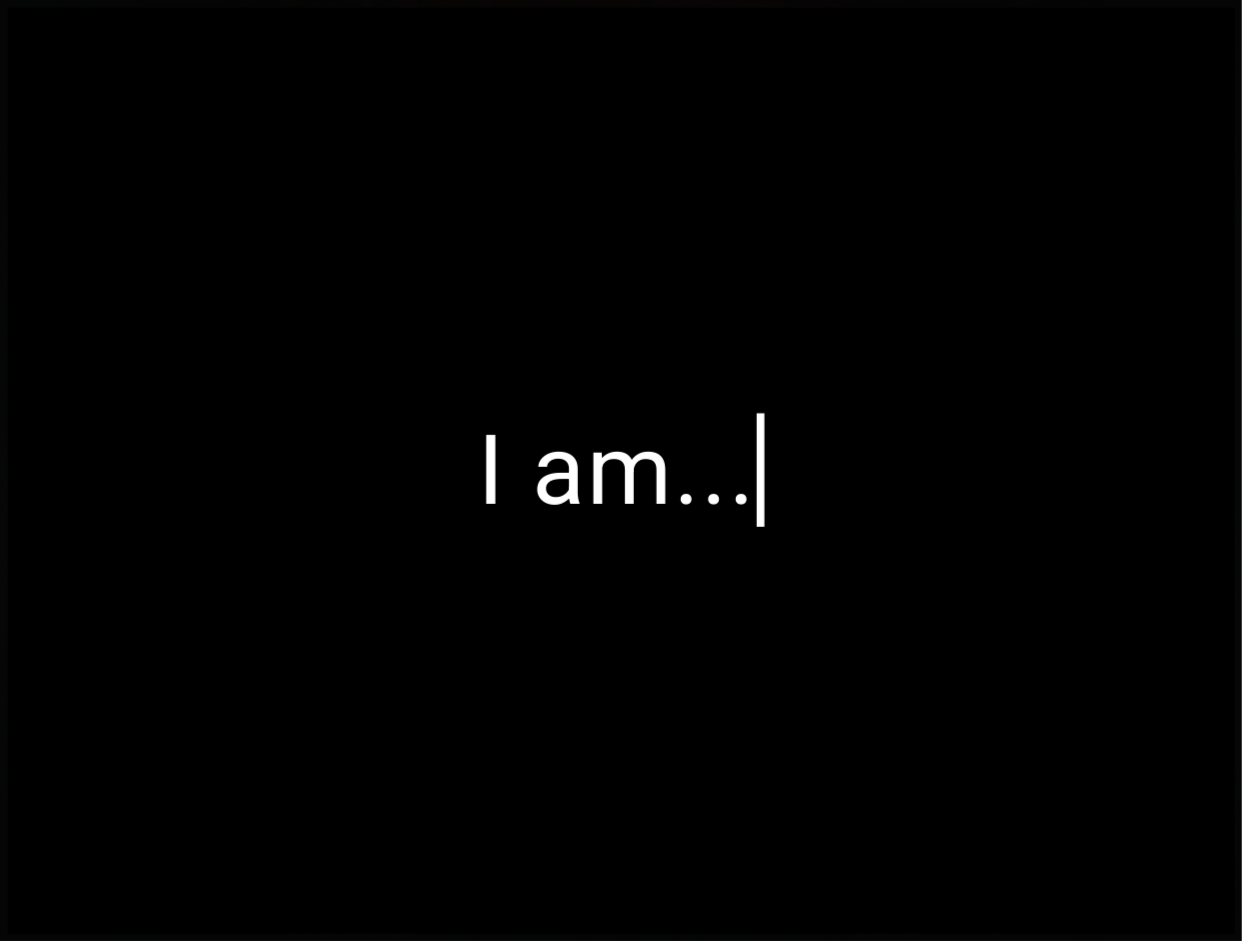
Repository: meywenz/mysite
Page: index.html
The author's editor kept a copy of each file at every save. The page is drawn from the files as they stood at one save, then again after the next save.
The browser window is 1280 px wide. The pictures show the whole page, at 97% of full size.

Above is the page before, as saved 2021-04-11 15:46:35.

After the next save:
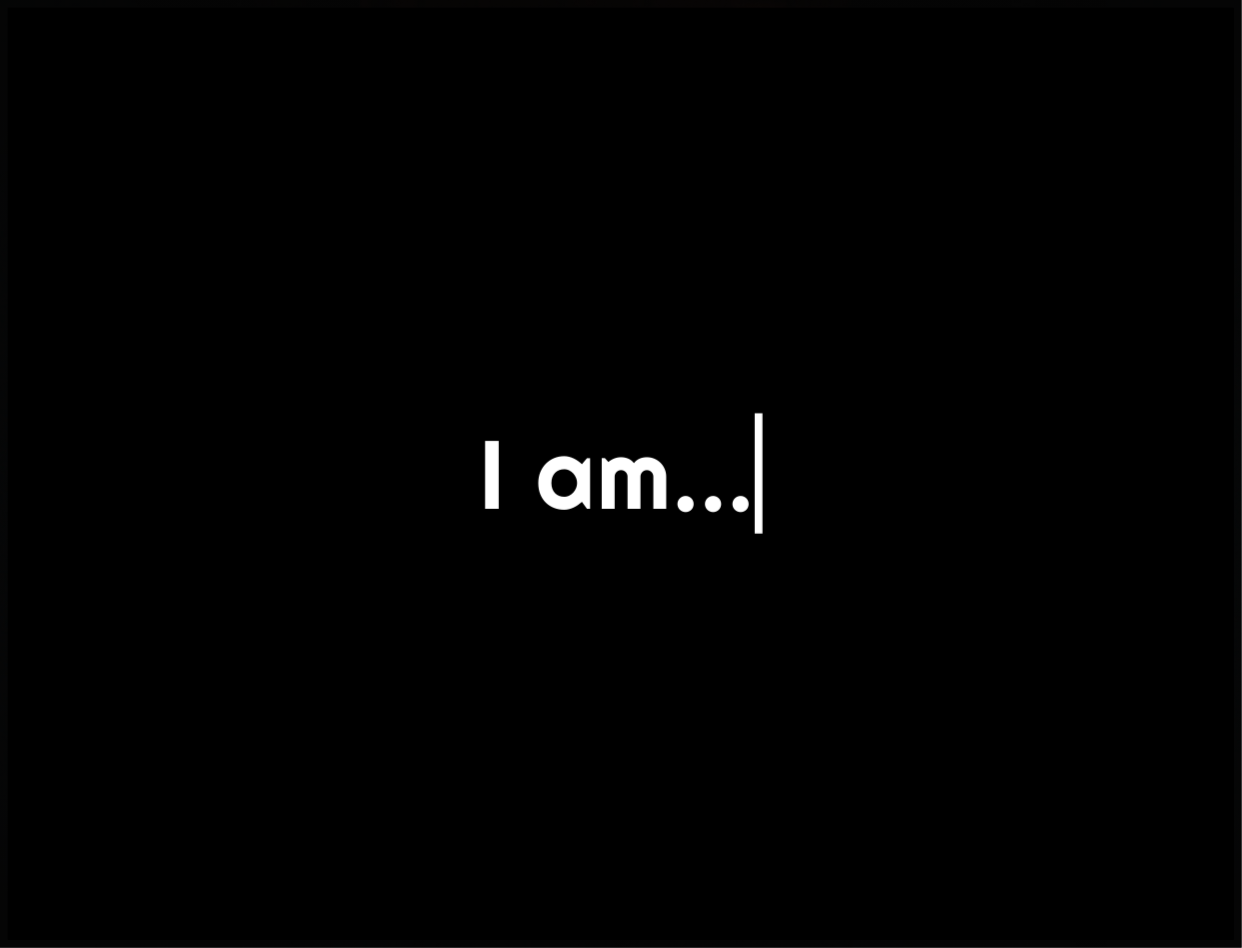
Saved 9 min 36 s later.
--- a/styles.css
+++ b/styles.css
@@ -1,7 +1,7 @@
 @import url("https://fonts.googleapis.com/css2?family=Roboto:ital@0;1&display=swap");
 @import url("https://fonts.googleapis.com/css2?family=Righteous&display=swap");
 * {
-  font-family: "Roboto", "Open Sans";
+  font-family: "Righteous", cursive;
 }
 
 body {

After the save that followed:
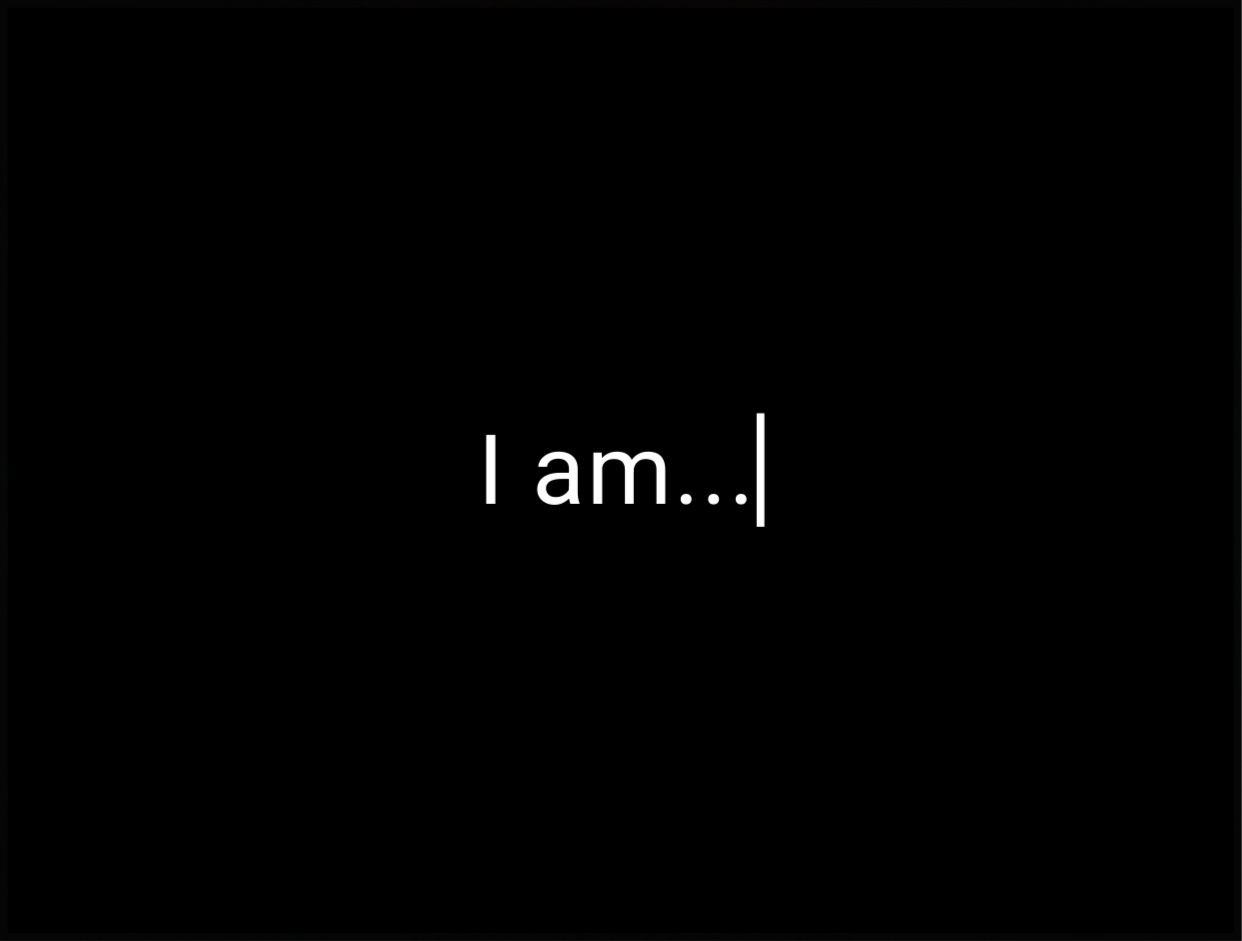
Saved 76 s later.
--- a/index.html
+++ b/index.html
@@ -2,6 +2,8 @@
 <head>
     <link rel="preconnect" href="https://fonts.gstatic.com">
     <link href="https://fonts.googleapis.com/css2?family=Righteous&display=swap" rel="stylesheet">
+    <link rel="preconnect" href="https://fonts.gstatic.com">
+<link href="https://fonts.googleapis.com/css2?family=Roboto:wght@100&display=swap" rel="stylesheet">
 
 <meta charset="UTF-8">
 <meta name="viewport" content="width=device-width, initial-scale=1.0">
--- a/styles.css
+++ b/styles.css
@@ -1,7 +1,7 @@
 @import url("https://fonts.googleapis.com/css2?family=Roboto:ital@0;1&display=swap");
 @import url("https://fonts.googleapis.com/css2?family=Righteous&display=swap");
 * {
-  font-family: "Righteous", cursive;
+  font-family: "Roboto", "Open Sans";
 }
 
 body {
